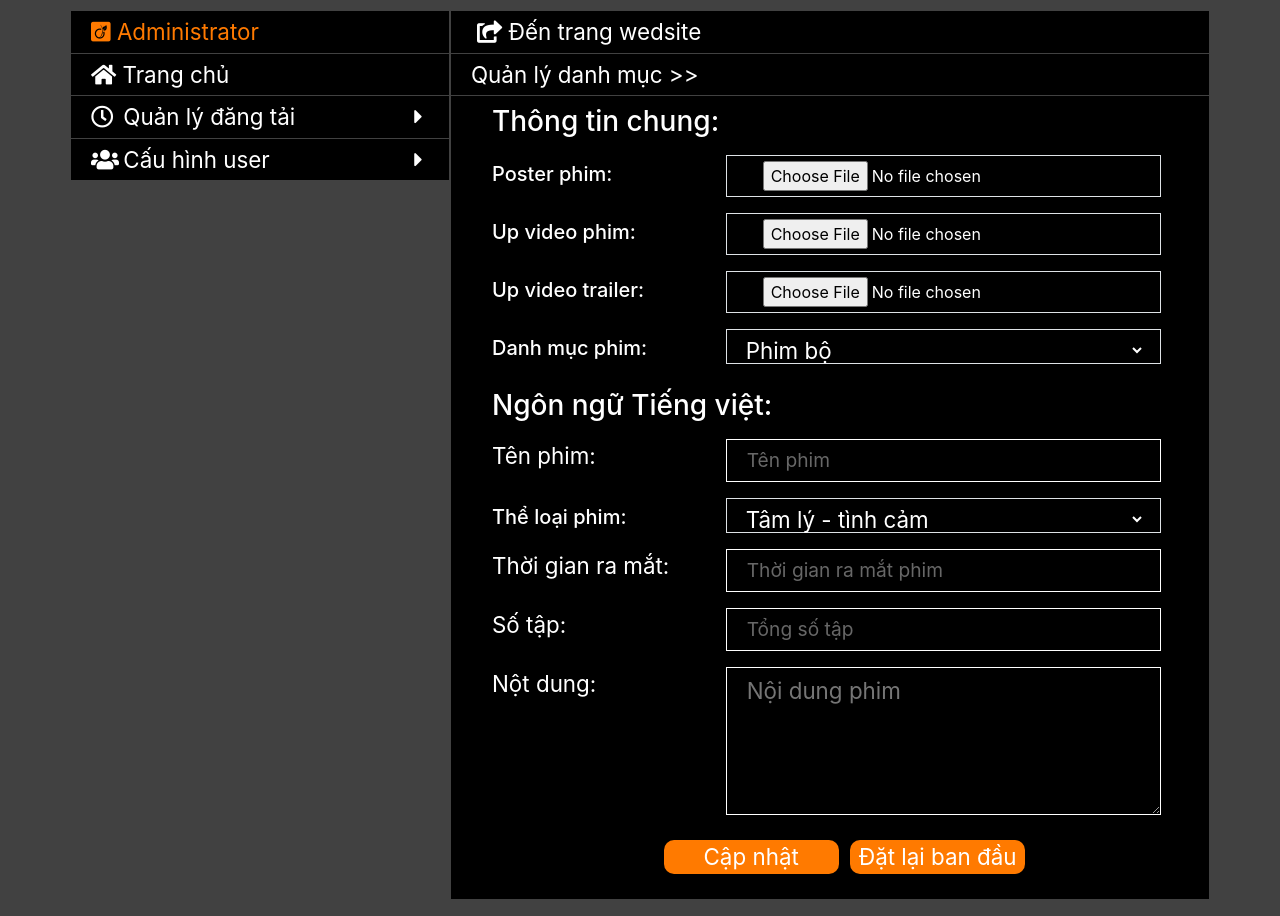
Repository: SonNguyen892002/Lau-Dai-Code
Page: http://localhost/wed-jdbc-1-2023/views/admin/dangtaiphim.jsp
The author's editor kept a copy of each file at every save. The page is drawn from the files as they stood at one save, then again after the next save.
The browser window is 1280 px wide. The pictures show the whole page.
The page is served by Tomcat 9. Nobody is signed in. The application's start-up code is not run. Other server files are loaded and not shown.

Above is the page before, as saved 2022-01-15 10:08:33.
Console error: SyntaxError: Identifier 'navMenu' has already been declared

### workspace/wed-jdbc-1-2023/src/main/webapp/views/admin/dangtaiphim.jsp
<%@ page language="java" contentType="text/html; charset=UTF-8"
	pageEncoding="UTF-8"%>

<%@ include file="header.jsp" %>

<form action="">

	<div class="black p2">
		<h3>Thông tin chung:</h3>

		<div class="row mt">
			<div class="col-xl-4">
				<h5>Poster phim:</h5>
			</div>

			<div class="col-xl-7 border">
				<input class="p2" type="file" name="" id="">
			</div>
		</div>

		<div class="row mt">
			<div class="col-xl-4">
				<h5>Up video phim:</h5>
			</div>

			<div class="col-xl-7 border">
				<input class="p2" type="file" name="" id="">
			</div>
		</div>

		<div class="row mt">
			<div class="col-xl-4">
				<h5>Up video trailer:</h5>
			</div>

			<div class="col-xl-7 border">
				<input class="p2" type="file" name="" id="">
			</div>
		</div>

		<div class="row mt mb">
			<div class="col-xl-4">
				<h5>Danh mục phim:</h5>
			</div>

			<div class="col-xl-7 border">
				<select name="danhmuc" id="">
					<option value="1">Phim bộ</option>
					<option value="2">Phim lẻ</option>
					<option value="3">Phim hoạt hình</option>
					<option value="4">Phim sắp chiếu</option>
				</select>
			</div>
		</div>
	</div>

	<div class="black p2">
		<h3>Ngôn ngữ Tiếng việt:</h3>

		<div class="row mt">
			<div class="col-xl-4">
				<label for="userfim">Tên phim:</label>
			</div>

			<div class="col-xl-7 p0">
				<input type="text" name="" id="userfim" placeholder="Tên phim">
			</div>
		</div>

		<div class="row mt">
			<div class="col-xl-4">
				<h5>Thể loại phim:</h5>
			</div>

			<div class="col-xl-7 border">
				<select name="danhmuc" id="">
					<option value="1">Tâm lý - tình cảm</option>
					<option value="2">Võ thuật</option>
					<option value="3">Phim Thiếu nhi</option>
					<option value="4">Khoa học - viễn tưởng</option>
					<option value="5">Cổ trang</option>
					<option value="6">Kinh dị</option>
					<option value="7">Hài hước</option>
				</select>
			</div>
		</div>

		<div class="row mt">
			<div class="col-xl-4">
				<label for="loock">Thời gian ra mắt:</label>
			</div>

			<div class="col-xl-7 p0">
				<input type="text" name="" id="loock"
					placeholder="Thời gian ra mắt phim">
			</div>
		</div>

		<div class="row mt">
			<div class="col-xl-4">
				<label for="episode">Số tập:</label>
			</div>

			<div class="col-xl-7 p0">
				<input type="text" name="" id="episode" placeholder="Tổng số tập">
			</div>
		</div>

		<div class="row mt mb">
			<div class="col-xl-4">
				<label for="textar">Nột dung:</label>
			</div>

			<div class="col-xl-7 p0">
				<textarea name="" id="textar" rows="4" placeholder="Nội dung phim"></textarea>
			</div>
		</div>

		<div class="row center mt mb">
			<div class="col-xl-3 col-lg-3 col-sm-3 col-3 p0">
				<input type="button" value="Cập nhật">
			</div>

			<div class="col-xl-3 col-lg-3 col-sm-3 col-3 p0">
				<input type="reset" value="Đặt lại ban đầu">
			</div>
		</div>
	</div>

</form>

<script>
	const navMenu = document.querySelector('#menu');
	function remo() {
		navMenu.classList.remove('down');
	}

	remo();
</script>

<%@ include file="footer.jsp" %>

### workspace/wed-jdbc-1-2023/src/main/webapp/views/admin/header.jsp
<%@ page language="java" contentType="text/html; charset=UTF-8"
    pageEncoding="UTF-8"%>
<!DOCTYPE html>
<html>
<head>
    <meta charset="UTF-8">
    <title>admin</title>
    <link rel="stylesheet" href="./styleadmin.css">
    <link rel="stylesheet" href="../fontawesome-free-5.15.3-web/css/all.min.css">
    <link rel="stylesheet" href="https://cdn.jsdelivr.net/npm/bootstrap@4.6.1/dist/css/bootstrap.min.css">
</head>
<body>

    <div class="container mb">
        <div class="row">

            <div class="col-xl-4 p0">

                <div class="black p2 sz">
                    <i class="fab fa-viadeo-square"></i>
                    Administrator
                </div>

                <div class="black p2">
                    <i class="fas fa-home"></i>
                    Trang chủ
                </div>

                <!-- QUẢN LÝ ĐĂNG TẢI -->
                <div class="black p2">
                    <div id="btn" onclick="Button()" class="row">
                        <div class="col-xl-1">
                            <i class="far fa-clock"></i>
                        </div>

                        <div class="col-xl-9">
                            <span>
                                Quản lý đăng tải
                            </span>
                        </div>

                        <div class="col-xl-2">
                            <span class="a">
                                <i class="fas fa-caret-right"></i>
                            </span>
                        </div>
                    </div>

                    <div id="menu" class="off">
                        <a href="./dangtaiphim.jsp" class="black p2">
                            <i class="fas fa-angle-right"></i>
                            <span>Đăng tải phim</span>
                        </a>

                        <a href="./qlphim.jsp" class="black p2">
                            <i class="fas fa-angle-right"></i>
                            <span>Quản lý phim</span>
                        </a>
                    </div>
                </div>

                <!-- CẤU HÌNH USER -->
                <div class="black p2">
                    <div id="btn" onclick="Button1()" class="row">
                        <div class="col-xl-1 col-lg-1 col-sm-1 col-1">
                            <i class="fas fa-users"></i>
                        </div>

                        <div class="col-xl-9 col-lg-9 col-sm-9 col-9">
                            <span>
                                Cấu hình user
                            </span>
                        </div>

                        <div class="col-xl-2 col-lg-2 col-sm-2 col-2">
                            <span class="a1">
                                <i class="fas fa-caret-right"></i>
                            </span>
                        </div>
                    </div>

                    <div id="menu1" class="off">
                        <a href="./tkadmin.jsp" class="black p2">
                            <i class="fas fa-angle-right"></i>
                            <span>Tài khoản admin</span>
                        </a>

                        <a href="./phanquyen.jsp" class="black p2">
                            <i class="fas fa-angle-right"></i>
                            <span>Phân quyền</span>
                        </a>

                        <a href="./qluser.jsp" class="black p2">
                            <i class="fas fa-angle-right"></i>
                            <span>Quản lý user</span>
                        </a>
                    </div>
                </div>

            </div>

            <div class="col-xl-8 p0">

                <div class="black p2">
                    <a href="#">
                        <i class="fas fa-share-square"></i>
                        Đến trang wedsite
                    </a>
                </div>

                <div class="black p2">
                    <span>Quản lý danh mục >></span>
                </div>

                <div class="black p2">

### workspace/wed-jdbc-1-2023/src/main/webapp/views/admin/footer.jsp
</div>
            </div>
        </div>

    </div>

    <script>
        const navMenu = document.querySelector('#menu');
        const navMenu1 = document.querySelector('#menu1');
        const navDown = document.querySelector('.a');
        const navDown1 = document.querySelector('.a1');

        function Button() {
            navMenu.classList.toggle('off');
            navDown.classList.toggle('down');
        }

        function Button1() {
            navMenu1.classList.toggle('off');
            navDown1.classList.toggle('down');
        }

        const ipnElement = document.querySelector('#fullpass');
        const btnElement = document.querySelector('#btnPassword');

        // step 2
        btnElement.addEventListener('click', function() {
          // step 3
          const currentType = ipnElement.getAttribute('type');
          // step 4
          ipnElement.setAttribute(
            'type',
            currentType === 'password' ? 'text' : 'password'
          );

          if(currentType === 'password') {
            btnElement.classList.add('b');
          } else {
            btnElement.classList.remove('b');
          };

        });
    </script>

</body>
</html>

### workspace/wed-jdbc-1-2023/src/main/webapp/decorators/admin/styleadmin.css
:root{
    --color-orange: #FF7A00;
    --color-white: rgb(255, 255, 255);
    --background-black: #000;
}

*{
    padding: 0;
    margin: 0;
    box-sizing: border-box;
}

body{
    background-color: #414141 !important;
    font-size: 62.5%;
    font-family: 'Lato', sans-serif;
}

a{
    color: var(--color-white) !important;
    display: block;
    margin: 0 6px;
    transition: 0.2s;
}

.white{
    background-color: var(--color-white);
    color:rgb(73, 22, 22);
    padding: 6px 16px;
}

.backgr{
    background-color: var(--color-white);
    color:#000 !important;
    border-radius: 8px;
}

.backgr:hover{
    background-color: var(--color-orange);
    color:#fff !important;
}

.p3{
    padding: 2px 6px !important;
}

.p4{
    padding: 0 0 0 6px !important;
}

#btn:hover,
a:hover{
    text-decoration: none !important;
    color: var(--color-orange) !important;
    cursor: pointer;
}

.container{
    margin-top: 10px;
}

.black{
    background-color: var(--background-black);
    color: var(--color-white);
    font-size: 1.4rem;
}

.p0{
    padding: 0 !important;
}

.p2{
    padding: 4px 0 4px 20px;
    margin: 1px !important;
}

.mt{
    margin-top: 16px;
}

.m0{
    margin: 0 !important;
}

.mb{
    margin-bottom: 16px;
}

.mr{
    margin-right: 16px;
}

.sz{
    color: var(--color-orange);
}

.off{
    display: none;
}

.down{
    transform:rotate(90deg);
    display: inline-block;
}

.active{
    color: var(--color-orange) !important;
}

.border{
    border: 1px solid #fff;
}

.border input{
    font-size:1rem;
}

h5{
    transform: translateY(30%);
}

select{
    width: 100%;
    background-color: transparent;
    transform: translateY(14%);
    color: #fff;
    outline: none;
    border: none;
}

select option{
    color: #000;
}

input[type="text"],
input[type="password"],
textarea {
    width: 100%;
    background-color: transparent;
    border: 1px solid #fff;
    color: #fff;
    outline: none;
    padding: 6px 0 6px 20px;
    font-size:1.2rem;
}

input[type="text"]::placeholder{
    color: rgba(255, 255, 255, 0.404);
}

input[type="button"],
input[type="reset"]{
    width: 94%;
    color: var(--color-white);
    background-color: var(--color-orange);
    border-radius:10px;
    outline: none;
    border: none;
}

input[type="checkbox"]{
    transform: translateY(18%);
    width: 26px;
    height: 26px;
}

.ct,
td,th{
    text-align: center !important;
}

.center{
    justify-content: center;
}

table{
    width: 98%;
}

th{
    border: 1px solid rgba(255, 72, 0, 0.5);
    font-size: 1.4rem;
    font-weight: 500;
}

td{
    background: var(--color-white);
    border: 1px solid rgba(255, 72, 0, 0.5);
    color: #000;
    font-weight: 900;
}

#btnPassword{
    position: relative;
}

#btnPassword i{
    transform: translateY(20%);
}

#btnPassword::before{
    content: "";
    position: absolute;
    top: 46%;
    left: -8%;
    width: 80%;
    height: 2px;
    background: var(--color-white);
    display: block;
    transform:rotate(45deg);
}

.b::before{
    display: none !important;
}

Loaded but not shown: workspace/wed-jdbc-1-2023/src/main/webapp/template/icon/fontawesome-free-5.15.3-web/css/all.min.css (library)

After the next save:
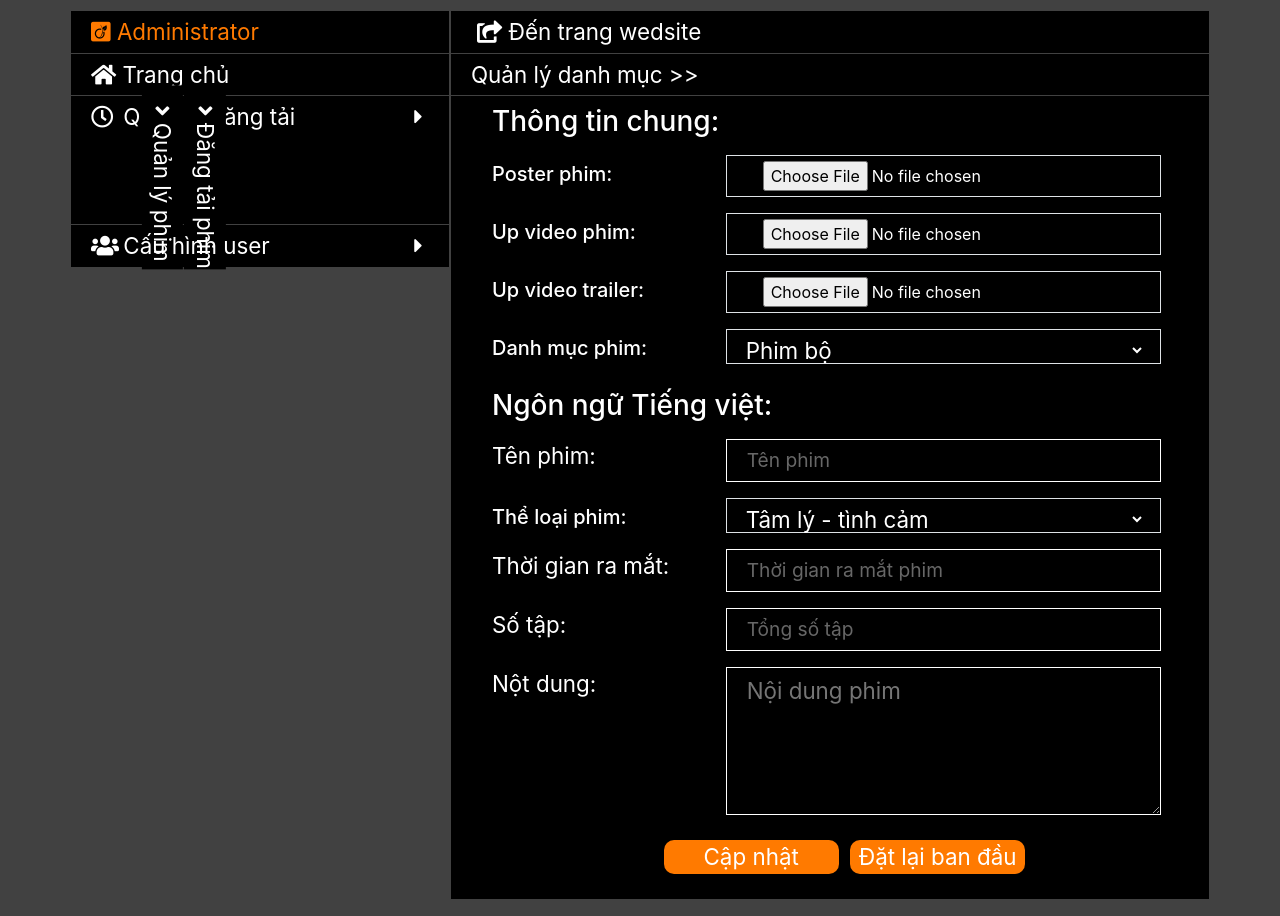
Saved 31 s later.
--- a/workspace/wed-jdbc-1-2023/src/main/webapp/views/admin/dangtaiphim.jsp
+++ b/workspace/wed-jdbc-1-2023/src/main/webapp/views/admin/dangtaiphim.jsp
@@ -132,7 +132,7 @@
 <script>
 	const navMenu = document.querySelector('#menu');
 	function remo() {
-		navMenu.classList.remove('down');
+		navMenu.classList.toggle('down');
 	}
 
 	remo();

After the save that followed:
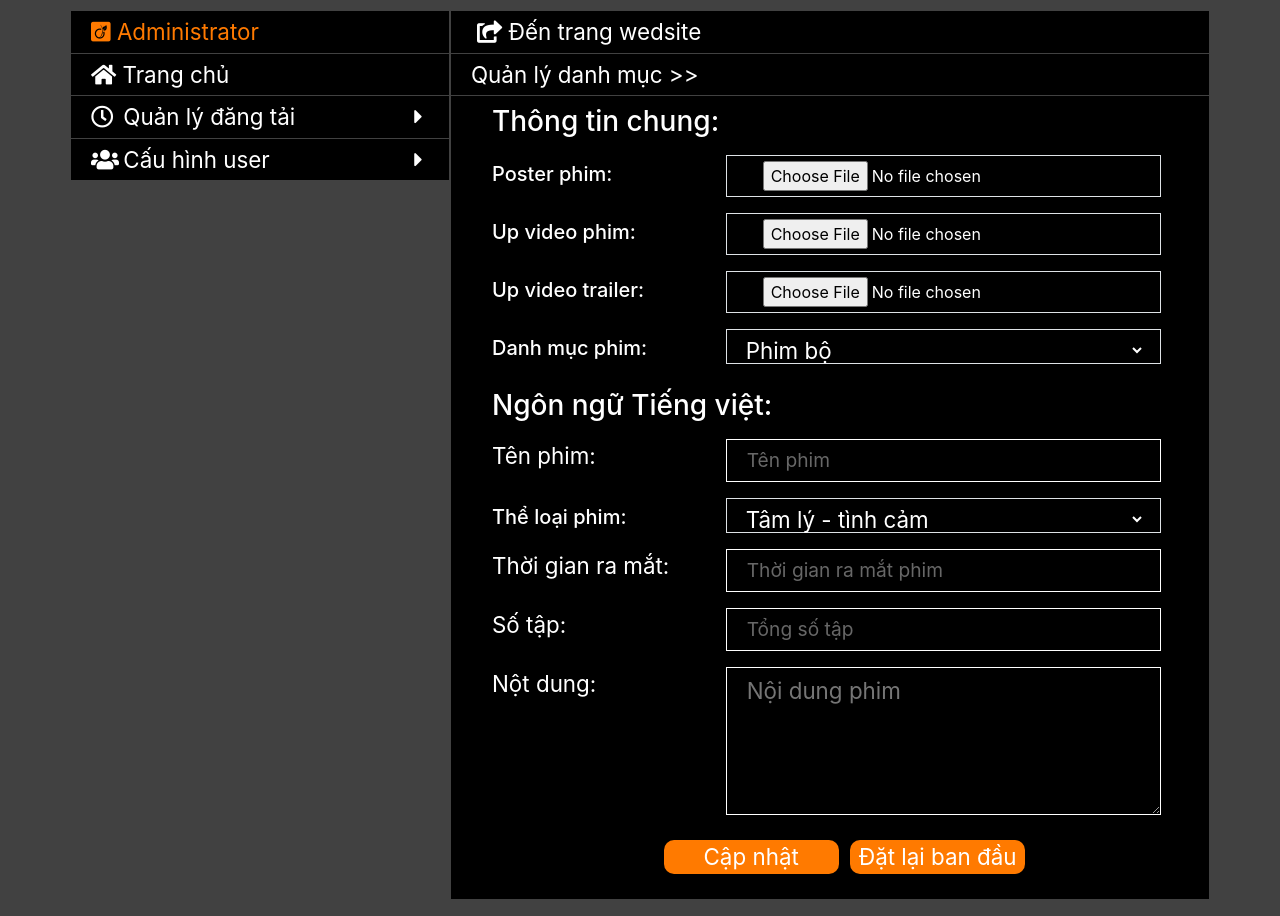
Saved 13 s later.
--- a/workspace/wed-jdbc-1-2023/src/main/webapp/views/admin/dangtaiphim.jsp
+++ b/workspace/wed-jdbc-1-2023/src/main/webapp/views/admin/dangtaiphim.jsp
@@ -132,7 +132,7 @@
 <script>
 	const navMenu = document.querySelector('#menu');
 	function remo() {
-		navMenu.classList.toggle('down');
+
 	}
 
 	remo();
